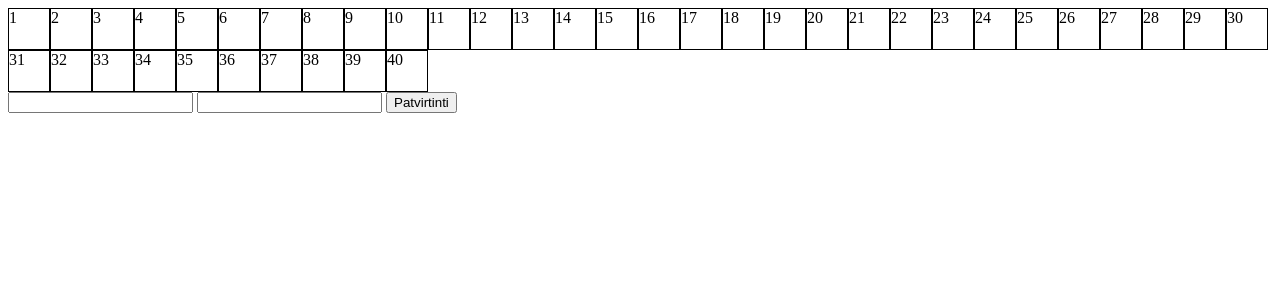
Repository: motiejus1/05-paskaita-JS-pataisyta
Page: index.html
These files come from the project's save history. The page is drawn as it stood at one moment and after a run of saves; the edit follows.
The browser window is 1280 px wide. The pictures show the whole page.

Above is the page before, as saved 2021-06-14 11:50:02.

After the next 2 saves:
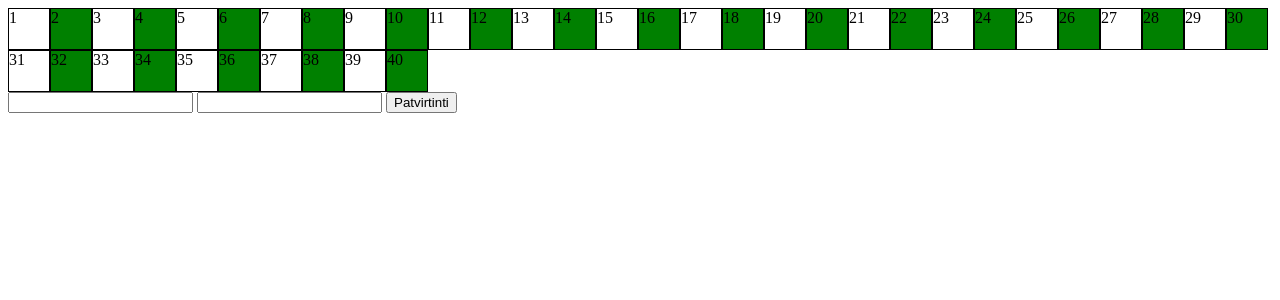
The 2 saves are shown as one change because they came seconds apart.
The last was saved 10 s later.
--- a/script.js
+++ b/script.js
@@ -66,7 +66,7 @@ for (let i=0; i<40; i++) {
     divElementas.innerText = i + 1;
 
     if( (i+1) % 2 == 0 ) {
-
+        divElementas.classList.add("zalias");
     }
 
     document.querySelector(".container").append(divElementas);
